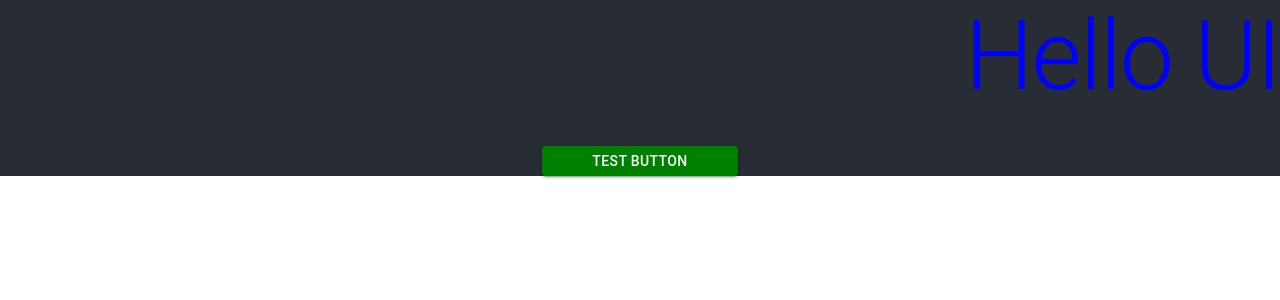
Repository: ShunsukeTanizaki/COVID19-Live
Page: /
The author's editor kept a copy of each file at every save. The page is drawn from the files as they stood at one save, then again after the next save.
The browser window is 1280 px wide. The pictures show the whole page.
The project was rebuilt for these pictures with package versions that can differ from the ones it lists, and the page was loaded fresh each time.

Above is the page before, as saved 2020-11-07 23:28:32.

After the next save:
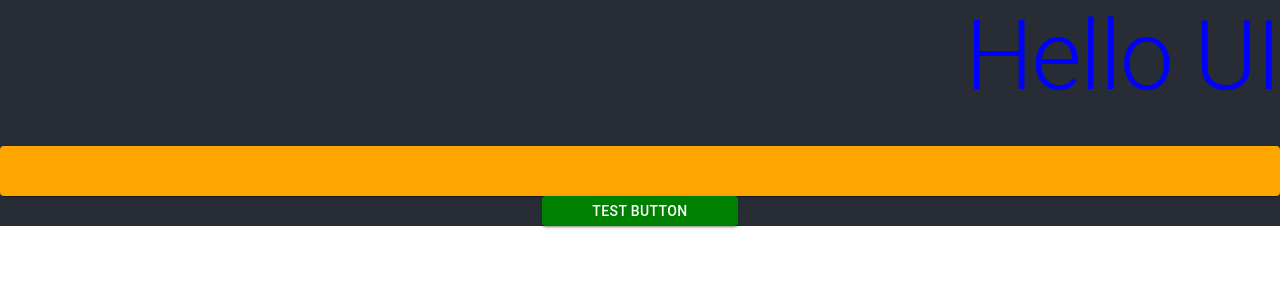
Saved 3 min 20 s later.
--- a/src/components/MaterialUI .tsx
+++ b/src/components/MaterialUI .tsx
@@ -28,7 +28,12 @@ const MaterialUI: React.FC = () => {
             >
                 Hello UI
             </Typography>
-            <Grid cotainer spacing={1}></Grid>
+
+            <Grid cotainer spacing={1}>
+                <Grid item xs={12}>
+                    <Paper className={classes.paperStyle}></Paper>
+                </Grid>
+            </Grid>
             <Button
                 className={classes.btnStyle}
                 variant="contained"
